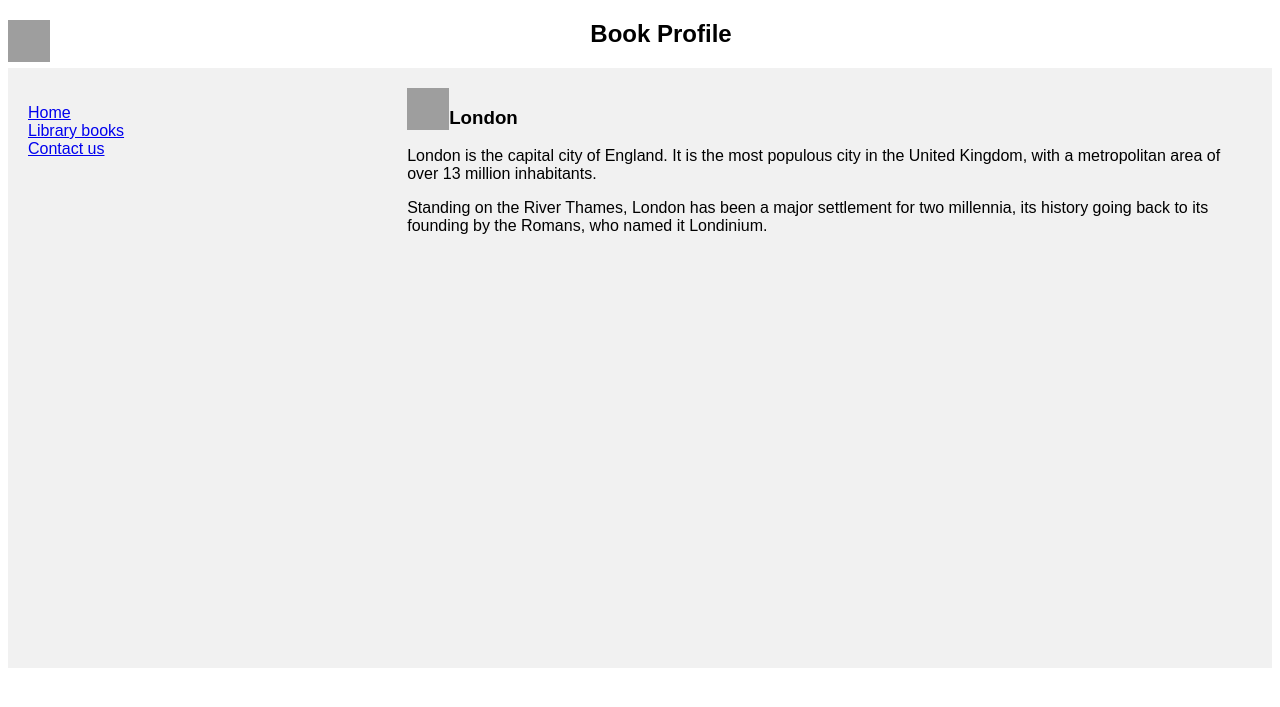
Repository: sandunigayanjali/Library_System
Page: http://localhost/library_management/bookProfille.jsp
The author's editor kept a copy of each file at every save. The page is drawn from the files as they stood at one save, then again after the next save.
The browser window is 1280 px wide. The pictures show the whole page.
Pictures or frames that could not be fetched are drawn as grey boxes. The page is served by Tomcat 9.

Above is the page before, as saved 2018-11-24 11:56:23.

After the next save:
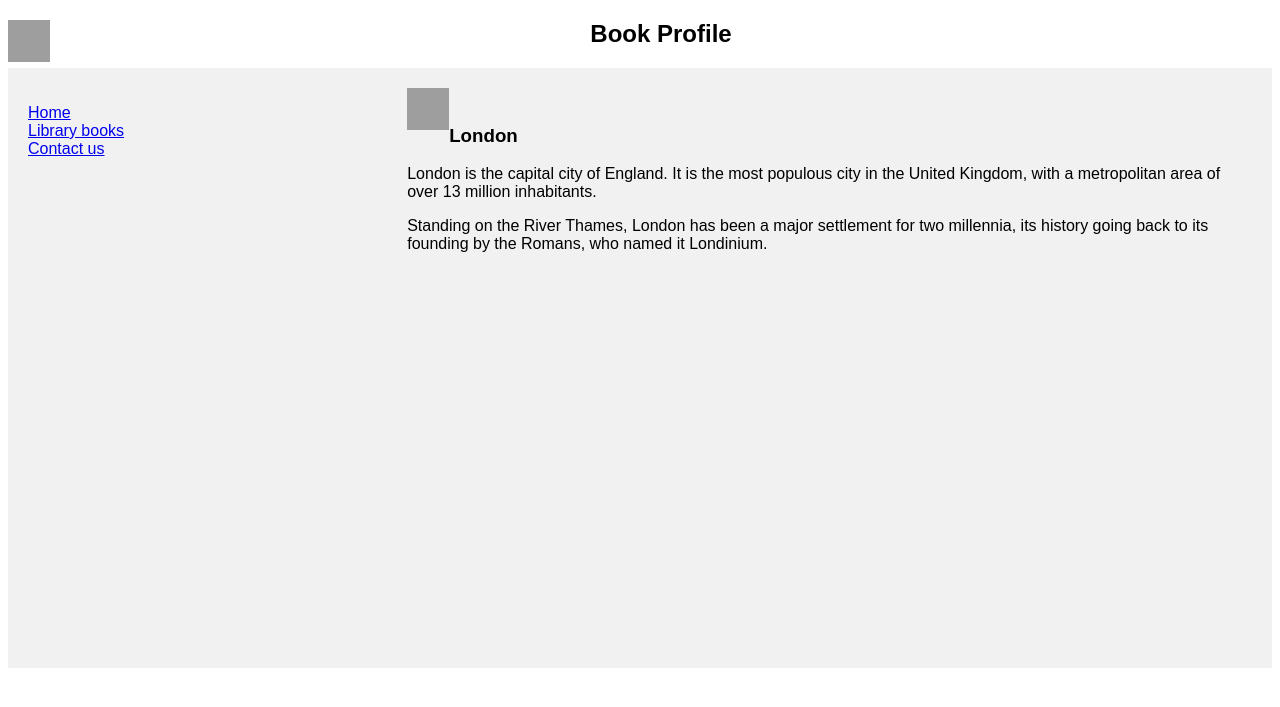
Saved 40 s later.
--- a/library management/WebContent/bookProfille.jsp
+++ b/library management/WebContent/bookProfille.jsp
@@ -86,7 +86,7 @@
 
   <article>
 
-  <img src="E:\desktop\level 2 semester 2\PROJECT\lib.jpg" alt="HTML tutorial" style="float:left;width:42px;height:42px;border:0;">
+ <center> <img src="E:\desktop\level 2 semester 2\PROJECT\lib.jpg" alt="HTML tutorial" style="float:left;width:42px;height:42px;border:0;"> </center><br>
     <h1>London</h1>
     <p>London is the capital city of England. It is the most populous city in the  United Kingdom, with a metropolitan area of over 13 million inhabitants.</p>
     <p>Standing on the River Thames, London has been a major settlement for two millennia, its history going back to its founding by the Romans, who named it Londinium.</p>

After the 2 saves that followed:
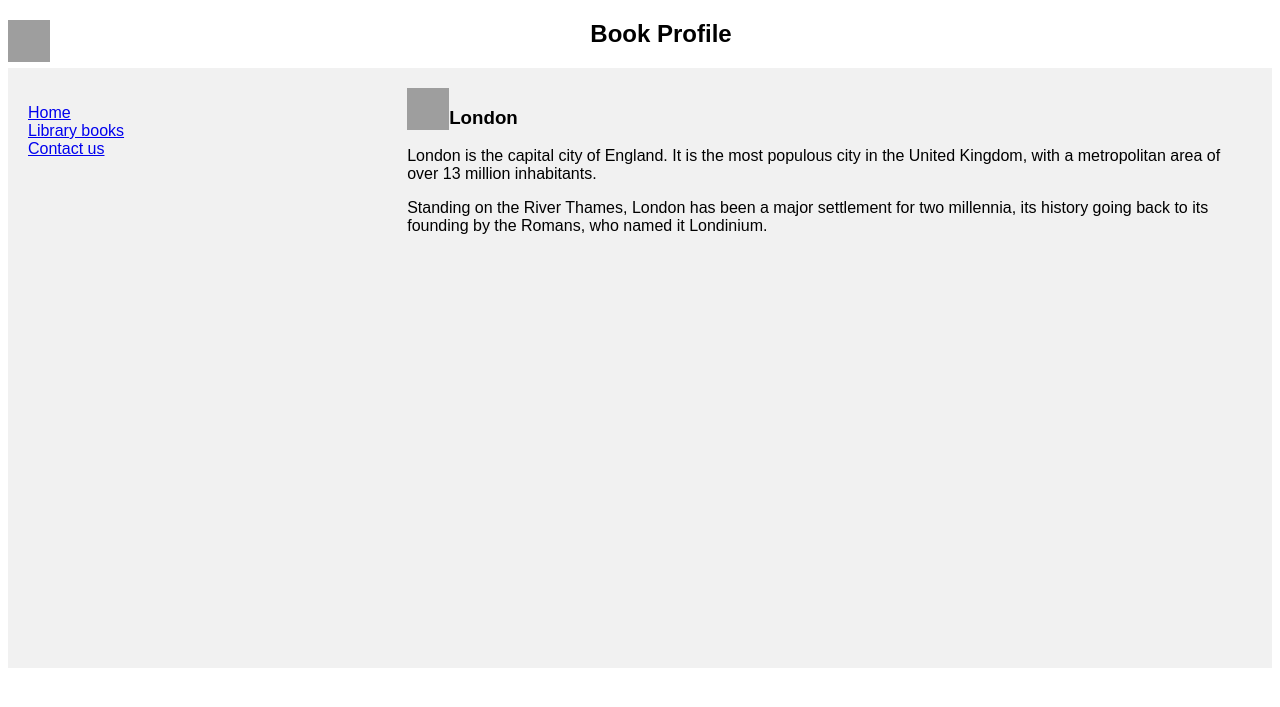
The 2 saves are shown as one change because 1 left the picture as it was.
The last was saved 93 s later.
--- a/library management/WebContent/bookProfille.jsp
+++ b/library management/WebContent/bookProfille.jsp
@@ -55,7 +55,9 @@
     display: table;
     clear: both;
 }
-
+image{
+align:center;
+}
 
 
 /* Responsive layout - makes the two columns/boxes stack on top of each other instead of next to each other, on small screens */
@@ -86,7 +88,7 @@
 
   <article>
 
- <center> <img src="E:\desktop\level 2 semester 2\PROJECT\lib.jpg" alt="HTML tutorial" style="float:left;width:42px;height:42px;border:0;"> </center><br>
+<image> <img src="E:\desktop\level 2 semester 2\PROJECT\lib.jpg" alt="HTML tutorial" style="float:left;width:42px;height:42px;border:0;"></image><br>
     <h1>London</h1>
     <p>London is the capital city of England. It is the most populous city in the  United Kingdom, with a metropolitan area of over 13 million inhabitants.</p>
     <p>Standing on the River Thames, London has been a major settlement for two millennia, its history going back to its founding by the Romans, who named it Londinium.</p>
